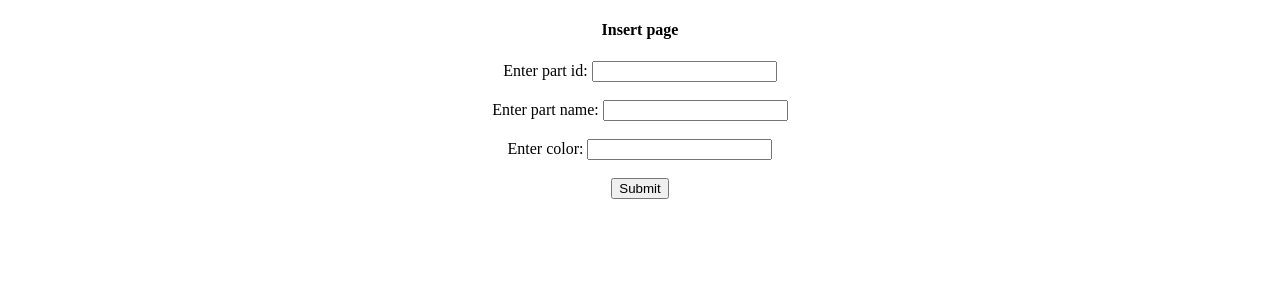
Repository: sowmini-nats/git-spring-project
Page: eclipse-workspace-servlet/PartEntry/src/main/webapp/InsertPart.html
The author's editor kept a copy of each file at every save. The page is drawn from the files as they stood at one save, then again after the next save.
The browser window is 1280 px wide. The pictures show the whole page.

Above is the page before, as saved 2023-10-16 05:26:59.

After the next save:
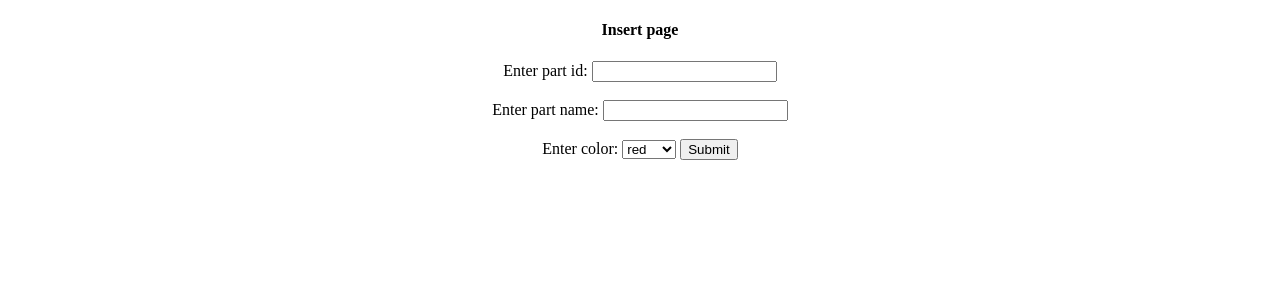
Saved 5 min 25 s later.
--- a/eclipse-workspace-servlet/PartEntry/src/main/webapp/InsertPart.html
+++ b/eclipse-workspace-servlet/PartEntry/src/main/webapp/InsertPart.html
@@ -10,7 +10,12 @@
 	<form action="InsertServlet" method="post">
 		Enter part id: <input name="pid" type="text" /><br/><br/>
 		Enter part name: <input name="pname" type="text"/><br/><br/>
-		Enter color: <input name="color" type="text"/><br/><br/>
+		Enter color: <select name="color">
+			<option>red</option>
+			<option>white</option>
+			<option>black</option>
+		</select>
+
 		<input type="submit" value="Submit"/><br/>
 	</form>
 	</center>
